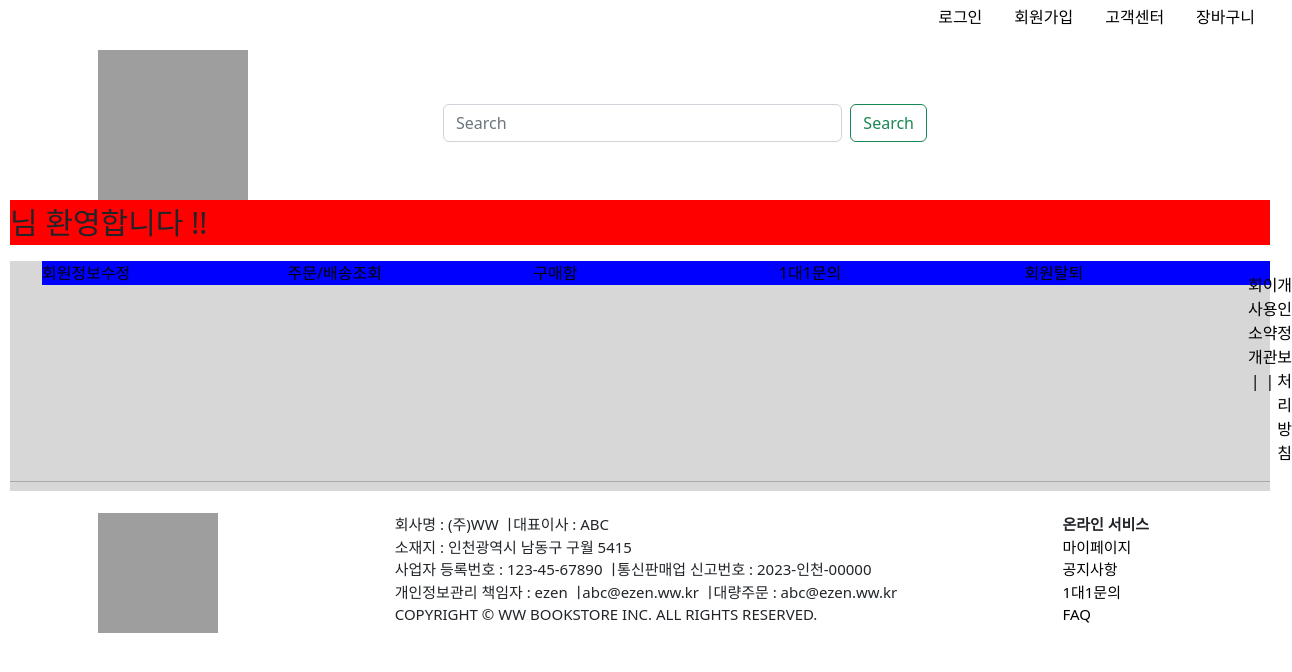
Repository: leehyeonung/project4
Page: http://localhost/book/WEB-INF/views/member/mypage.jsp
The author's editor kept a copy of each file at every save. The page is drawn from the files as they stood at one save, then again after the next save.
The browser window is 1280 px wide. The page is 1292 px wide, then 1280 px, so the pictures cover 1292 px, including what lies to the right of the window. The pictures show the whole page.
Pictures or frames that could not be fetched are drawn as grey boxes. The page is served by Tomcat 9. Nobody is signed in. The template is opened directly, without the code that normally fills it, so the values that code supplies are empty.

Above is the page before, as saved 2023-01-06 02:47:26.

After the next save:
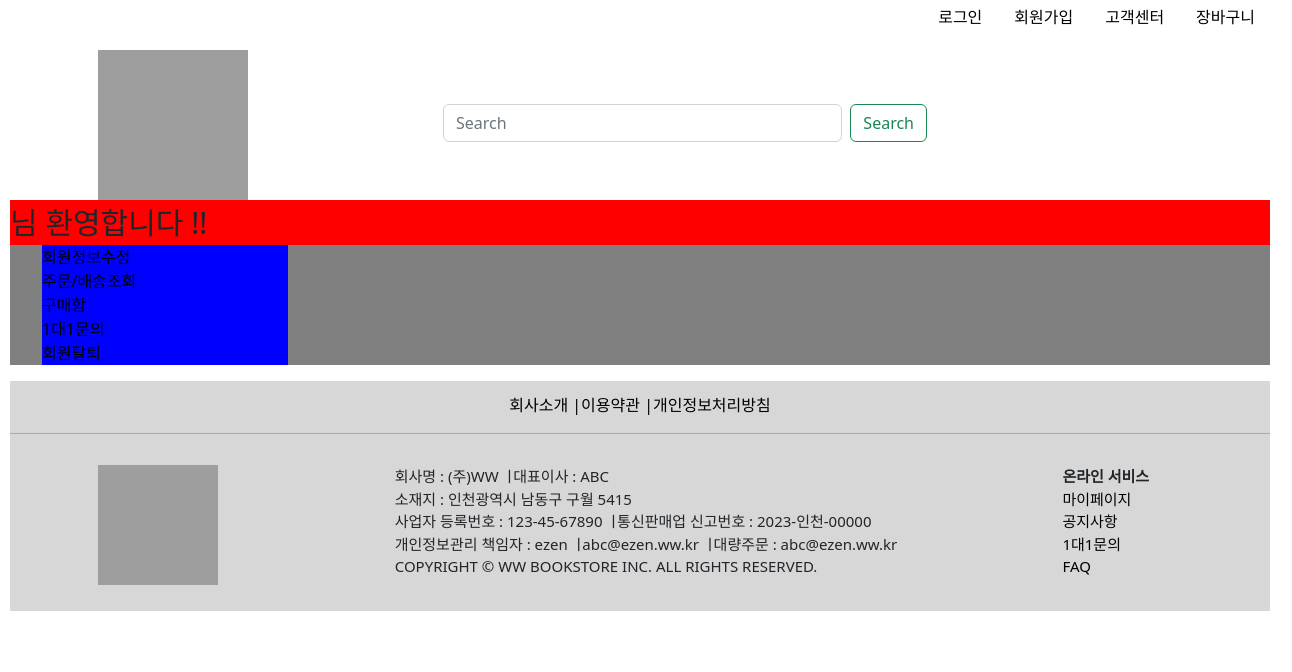
Saved 43 s later.
--- a/book/src/main/webapp/resources/css/mypage.css
+++ b/book/src/main/webapp/resources/css/mypage.css
@@ -19,7 +19,7 @@
 }
 .category{
     display: inline-block;
-	float : left;
+
 	width : 20%;
     background-color: blue;
 }
